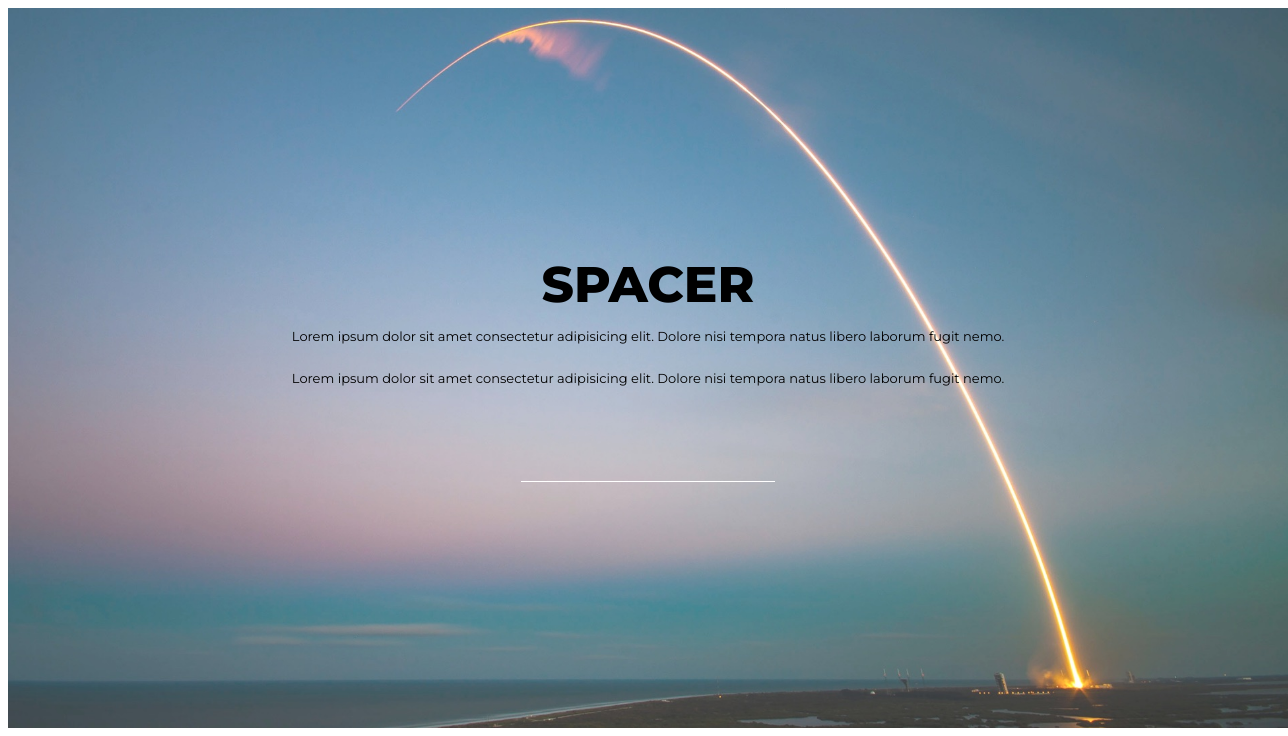
Repository: Trelefele/spacer-roman
Page: /
The author's editor kept a copy of each file at every save. The page is drawn from the files as they stood at one save, then again after the next save.
The browser window is 1280 px wide. The page is 1288 px wide, then 1280 px, so the pictures cover 1288 px, including what lies to the right of the window. The pictures show the whole page.
The project was rebuilt for these pictures with package versions that can differ from the ones it lists, and the page was loaded fresh each time.

Above is the page before, as saved 2019-02-03 19:48:54.

After the next save:
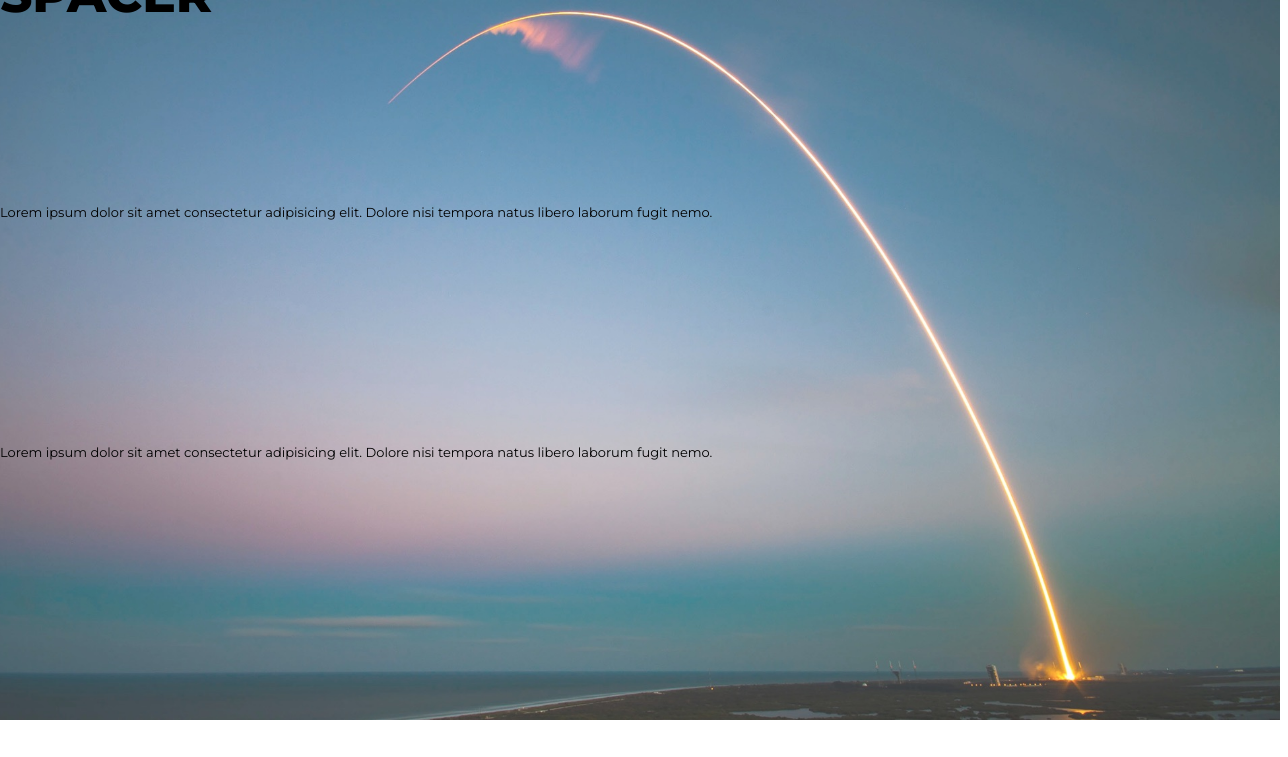
Saved 10 min 10 s later.
--- a/src/App.vue
+++ b/src/App.vue
@@ -4,7 +4,7 @@
   </div>
 </template>
 
-<style lang="scss" scoped >
+<style lang="scss" >
 @import url('https://fonts.googleapis.com/css?family=Montserrat:300,400,600,800');
 
 * {
@@ -15,10 +15,4 @@
   width:100vw;
   height: 100vh;
 }
-body {
-  font-family: 'Montserrat', sans-serif;
-  margin: 0;
-  padding: 0;
-}
-
 </style>
